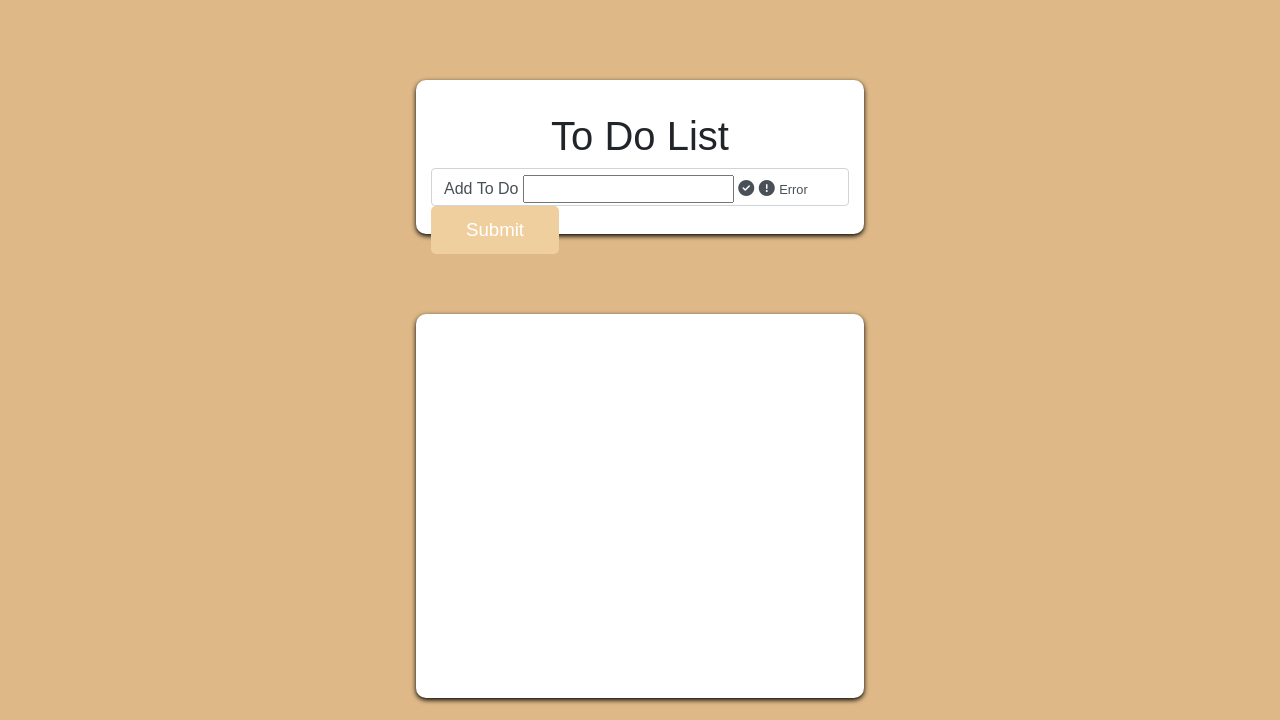
Repository: skepp4rn/todolist
Page: index.html
These files come from the project's save history. The page is drawn as it stood at one moment and after the next save; the edit follows.
The browser window is 1280 px wide. The pictures show the whole page.
The page's requests for data from a server got no answer. Some web libraries are served in a nearby version.

Above is the page before, as saved 2021-01-28 11:43:33.

### index.html
<!DOCTYPE html>
<html lang="sv">
<head>
    <meta charset="UTF-8">
    <meta name="viewport" content="width=device-width, initial-scale=1.0">

    <script src="https://kit.fontawesome.com/ef4c0722a8.js" crossorigin="anonymous"></script>
    <link rel="stylesheet" href="https://cdn.jsdelivr.net/npm/bootstrap@4.5.3/dist/css/bootstrap.min.css" integrity="sha384-TX8t27EcRE3e/ihU7zmQxVncDAy5uIKz4rEkgIXeMed4M0jlfIDPvg6uqKI2xXr2" crossorigin="anonymous">
    <link rel="stylesheet" href="css/style.css">

    <title>To Do List</title>
</head>
<body>
    <div class="container">
        <div id="header">
            <h1>To Do List</h1>
        </div>

        <form class="form" id="form">
            <div class="form-control">
                <label>Add To Do</label>
                <input type="text" id="addToDo">
                <i class="fas fa-check-circle"></i>
                <i class="fas fa-exclamation-circle"></i>
                <small>Error message</small>
            </div>

            <button id="subbtn">Submit</button>
        </form>
    </div>

    <div class="container2">
        <div id="list"></div>
    </div>

    <script src="https://code.jquery.com/jquery-3.5.1.slim.min.js" integrity="sha384-DfXdz2htPH0lsSSs5nCTpuj/zy4C+OGpamoFVy38MVBnE+IbbVYUew+OrCXaRkfj" crossorigin="anonymous"></script>
    <script src="https://cdn.jsdelivr.net/npm/bootstrap@4.5.3/dist/js/bootstrap.bundle.min.js" integrity="sha384-ho+j7jyWK8fNQe+A12Hb8AhRq26LrZ/JpcUGGOn+Y7RsweNrtN/tE3MoK7ZeZDyx" crossorigin="anonymous"></script>
    <script src="https://cdnjs.cloudflare.com/ajax/libs/uuid/8.1.0/uuidv4.min.js"></script>
    <script src="script.js"></script>
</body>

### css/style.css
*{
    box-sizing: border-box;
    margin: 0;
    padding: 0;
}

body {
    background-color: burlywood;
    font-family: Arial, Helvetica, sans-serif;
    display: grid;
    justify-content: center;
}

.container {
    width: 35vw;
    display: grid;
    justify-content: center;
    background-color: #ffffff;
    border-radius: 10px;
    margin-top: 5rem;
    padding-bottom: 2rem;
    height: 12vw;
    box-shadow: 0 2px 5px black;
}

.container2 {
    width: 35vw;
    display: grid;
    justify-content: center;
    background-color: #ffffff;
    border-radius: 10px;
    margin-top: 5rem;
    padding-bottom: 2rem;
    height: 30vw;
    overflow-y: auto;
    box-shadow: 0 2px 5px black;
}

#header {
    margin-top: 2rem;
    text-align: center;
}

#subbtn {
    border: none;
    border-radius: 5px;
    padding: 0.5rem;
    background-color: #f0cf9f;
    color: #ffffff;
    font-size: 14pt;
    width: 8rem;
    height: 3rem;
    align-self: center;
}

.todobox {
    padding-top: 2rem;
    padding-bottom: 1rem;
    width: 32vw;
    display: grid;
    grid-template-columns: 5fr 1fr;
}

.knappar {
    display: grid;
    gap: 2rem;
}

.todoinput {
    display: flex;
    align-items: center;
}

.fa-trash {
    padding: 0.5rem;
    border: none;
    border-radius: 5px;
    color: #ffffff;
    background-color: red;
    width: 5rem;
}

.fa-undo {
    padding: 0.5rem;
    border: none;
    border-radius: 5px;
    color: #ffffff;
    background-color: #f0cf9f;
    width: 5rem;
}

.done {
    border: none;
    border-radius: 5px;
    padding: 0.5rem;
    background-color: #f0cf9f;
    color: #ffffff;
    font-family: inherit;
    font-size: 14pt;
    width: 5rem;
    height: 3rem;
}

### script.js
let ToDo = [];
let addToDos = document.getElementById('addToDo');
let form = document.getElementById('form');
let check = false;
let subbtn = document.getElementById('subbtn');
let list = document.querySelector('#list');
const fetchTodos = () => {
    fetch('https://jsonplaceholder.typicode.com/todos?_start20=&_limit=10')
    .then(res => res.json())
    .then(data => {
      ToDo = data;
      listelement(ToDo);
    })
}
fetchTodos();

const listelement = (ToDo) => {
    list.innerHTML = '';
    ToDo.forEach(todo => {
        list.innerHTML += newTodo(todo);
    })
    console.log(ToDo);
}

const newTodo = todo => {

    let template = todo.completed ? `
    <div id="${todo.id}" class="todoinput completed">
        <div class="todobox">
          <h3 class="title">${todo.title}</h3>
            <div class="knappar">
                <button class="fas fa-undo"></button>
                <button class="fas fa-trash"></button>
            </div>
        </div>
    </div>
    `
    : `
    <div id="${todo.id}" class="todoinput">
        <div class="todobox">
            <h3 class="title">${todo.title}</h3>
            <button class="done">Done</button>
        </div>
    </div>
    `
    return template
  }


  const createTodo = (title) => {

    fetch('https://jsonplaceholder.typicode.com/todos',{
      method: 'POST',
      headers: {
        'Content-type': 'application/json; charset=UTF-8'
      },
      body: JSON.stringify({
        title,
        completed: false
      })
    })
    .then(res => res.json())
    .then(data => {
        let _todo = {
            title: data.title,
            completed: data.completed,
            id: uuidv4()
        }
      console.log(data)
      ToDo.unshift(_todo);
      listelement(ToDo);
    })
}

form.addEventListener('submit', (e) => {
    e.preventDefault();

    checkInputs();

    if(check == true) {
        removeinput(addToDos);

        createTodo(addToDos.value)
        listelement(ToDo);

        addToDos.value = '';
    }
});

function checkInputs() {
    let addToDosValue = addToDos.value.trim();

    if(addToDosValue === ``) {
    setErrorFor(addToDos, `To Do cannot be blank`);

    } else {
        setSuccessFor(addToDos);
    }
}

function setErrorFor(input, message) {
    let formControl = input.parentElement;
    let small = formControl.querySelector('small');
    small.innerText = message;
    formControl.className = 'form-control error';
    check = false;
}

function setSuccessFor(input) {
    let formControl = input.parentElement;
    formControl.className = 'form-control success';
    check = true;
}

function removeinput(input) {
    let formControl = input.parentElement;
    formControl.className = 'form-control';
}

list.addEventListener('click', (e) => {
    if(e.target.classList.contains('done')) {
        complete(e.target.parentNode.parentNode.id)
    }
    else if(e.target.classList.contains('fa-undo')) {
        complete(e.target.parentNode.parentNode.parentNode.id)
    }
})

function complete(id) {
    ToDo.map(todo => {
        if(todo.id == id){
            todo.completed = !todo.completed
        }
        return todo
    })
    listelement(ToDo)
}

list.addEventListener('click', (e) => {

    if(e.target.classList.contains('fa-trash')) {
        ToDo = ToDo.filter(removetodo => removetodo.id != e.target.parentNode.parentNode.parentNode.id)
        listelement(ToDo)
    }
});

After the next save:
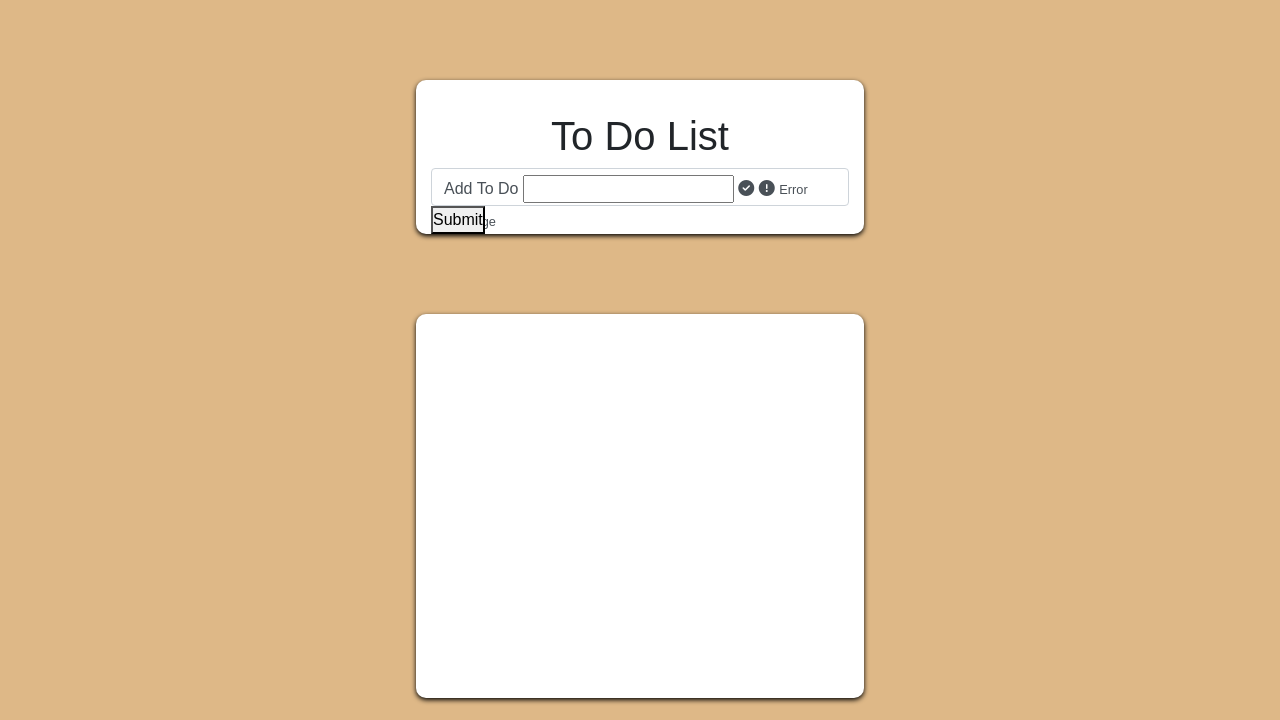
Saved 15 s later.
--- a/index.html
+++ b/index.html
@@ -25,7 +25,7 @@
                 <small>Error message</small>
             </div>
 
-            <button id="subbtn">Submit</button>
+            <button id="btn">Submit</button>
         </form>
     </div>
 

After the save that followed:
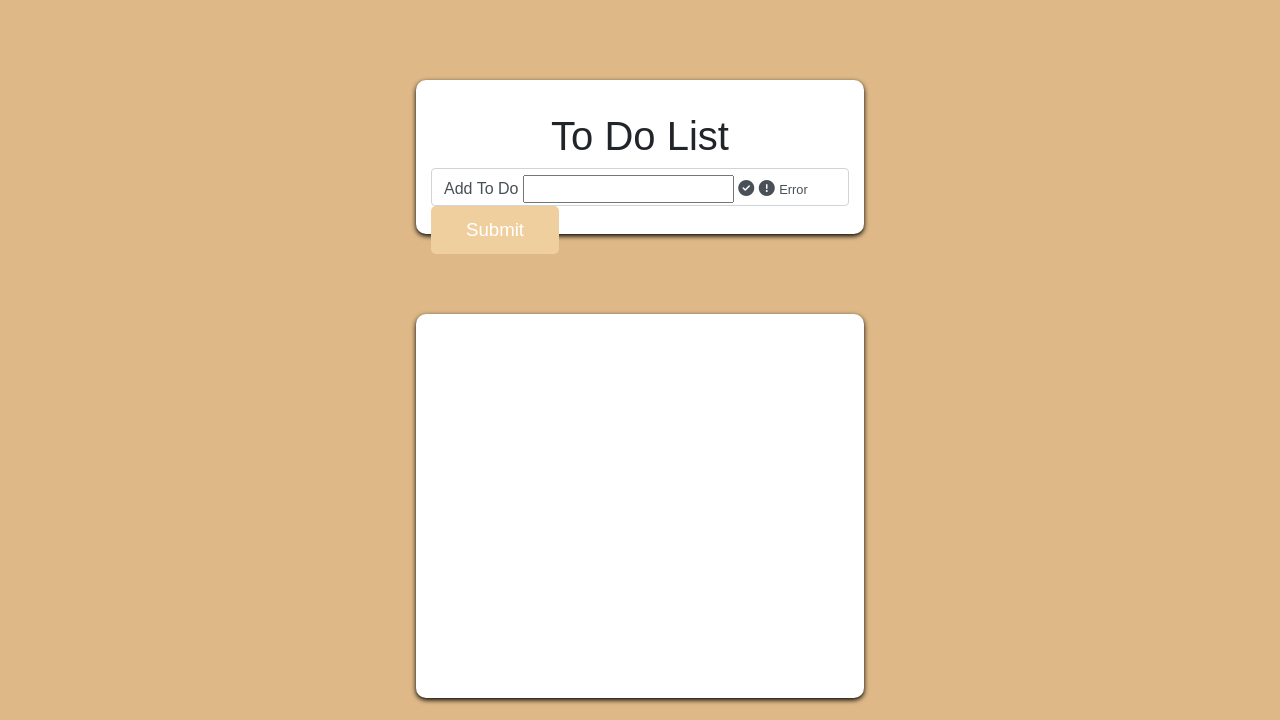
Saved 12 s later.
--- a/css/style.css
+++ b/css/style.css
@@ -41,7 +41,7 @@ body {
     text-align: center;
 }
 
-#subbtn {
+#btn {
     border: none;
     border-radius: 5px;
     padding: 0.5rem;
